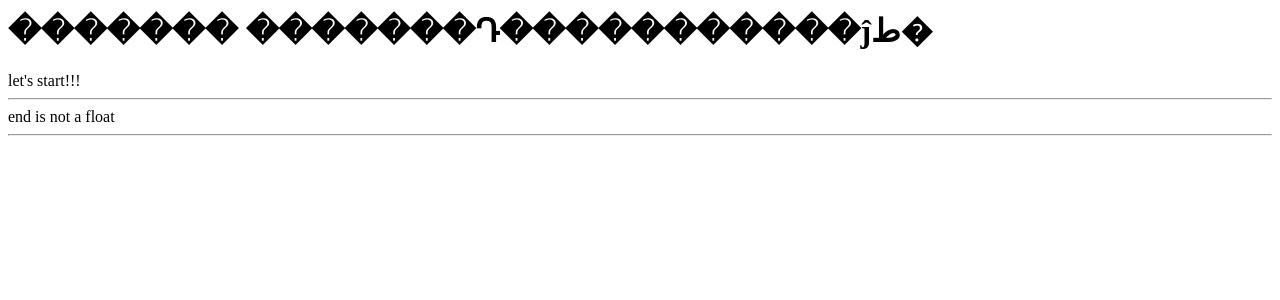
Repository: hanliyao/HelloWorld
Page: http://localhost/core/Common/testUnit.php
An editor plug-in stored every save of this project. The page is shown before and after the next save, followed by the edit.
The browser window is 1280 px wide. The pictures show the whole page.
The page is run by PHP 8.4 with error messages shown; the project is at /var/www/html/.

Above is the page before, as saved 2016-02-05 01:18:35.

After the next save:
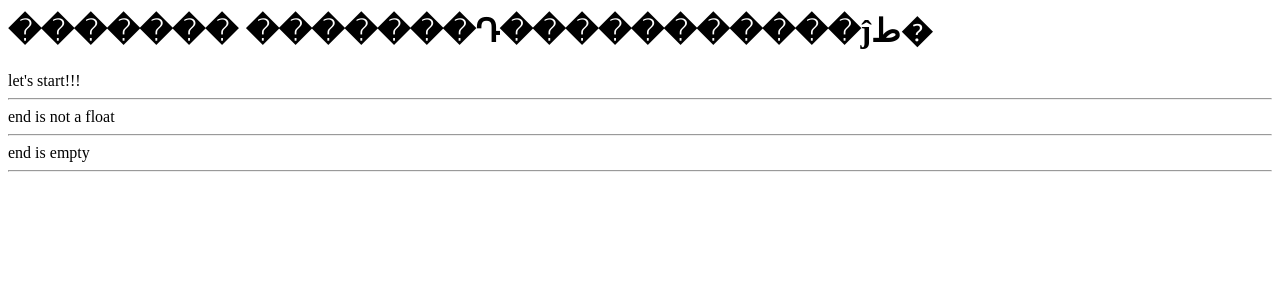
Saved 111 s later.
--- a/HelloWorld/core/Common/testUnit.php
+++ b/HelloWorld/core/Common/testUnit.php
@@ -18,6 +18,15 @@
                 echo "end is not a float<br>";
             }
             echo "<hr>";
+
+           //꿎桿$end 角뤠槨왕
+           if(empty($end))
+           {
+               echo "end is empty<br>";
+           }else {
+               echo "end is not empty<br>";
+           }
+           echo "<hr>";
         ?>
     </body>
 </html>
